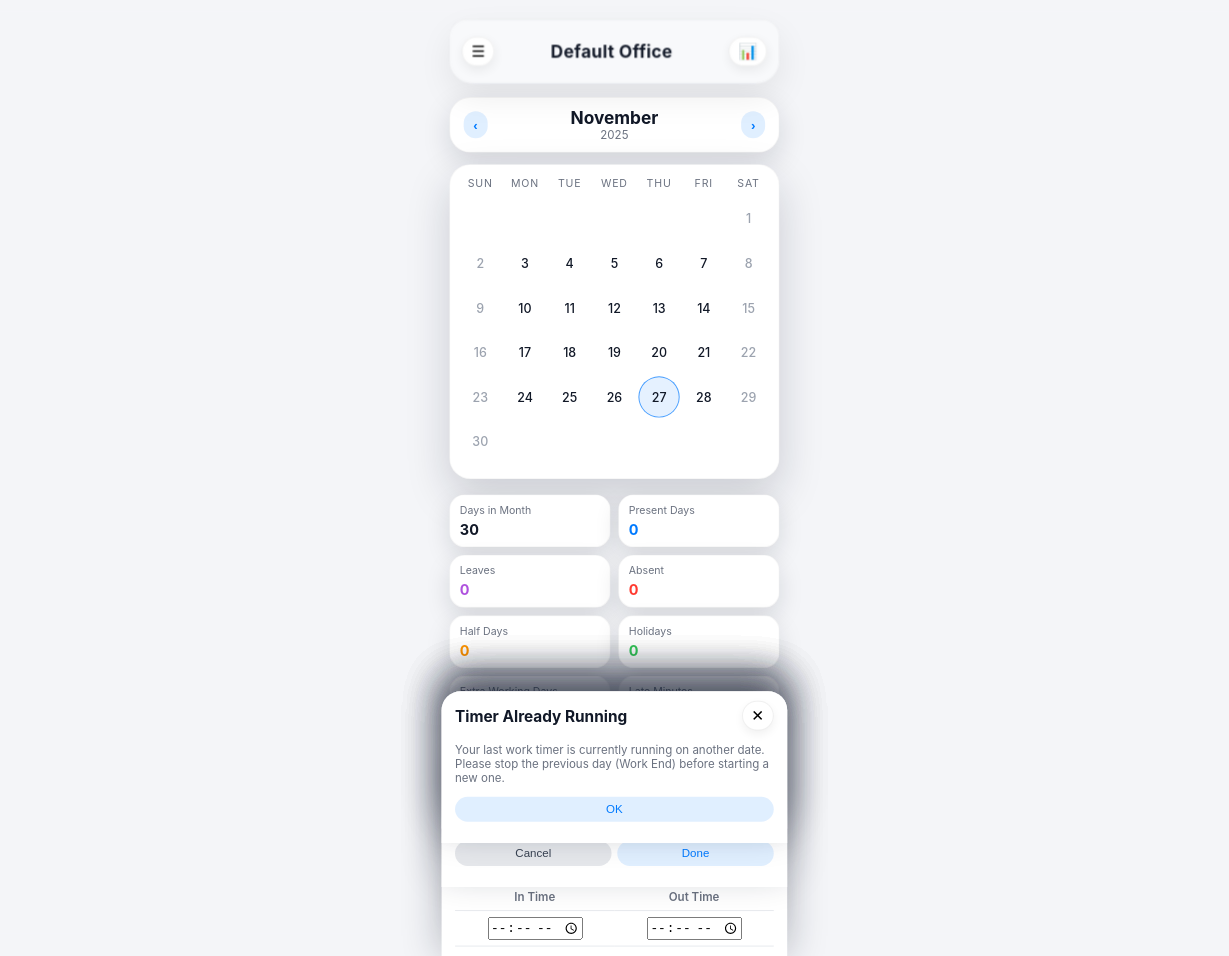
Repository: manjituidesigner/new-calendar
Page: index.html
These files come from the project's save history. The page is drawn as it stood at one moment and after the next save; the edit follows.
The browser window is 1280 px wide. The pictures show the whole page, at 96% of full size.

Above is the page before, as saved 2025-11-28 11:31:01.

### index.html
<!DOCTYPE html>
<html lang="en">
  <head>
    <meta charset="UTF-8" />
    <meta
      name="viewport"
      content="width=device-width, initial-scale=1.0, maximum-scale=1.0"
    />
    <title>Mobile Work Calendar</title>
    <link rel="stylesheet" href="style.css" />
  </head>
  <body>
    <!-- Overlay for drawer and modal -->
    <div class="overlay" id="overlay"></div>

    <!-- Side Drawer -->
    <aside class="drawer" id="drawer">
      <header class="drawer-header">
        <h2>Menu</h2>
        <button class="icon-btn" id="drawerCloseBtn">✕</button>
      </header>

      <nav class="drawer-tabs">
        <button class="drawer-tab active" data-tab="office">Office</button>
        <button class="drawer-tab" data-tab="expenses">Expenses</button>
        <button class="drawer-tab" data-tab="notes">Notes</button>
        <button class="drawer-tab" data-tab="calculator">Calculator</button>
      </nav>

      <section class="drawer-content">
        <!-- Office tab -->
        <div class="drawer-panel active" id="officeTab">
          <h3 class="drawer-title">Calendars</h3>

          <div class="calendar-list" id="calendarList"></div>

          <button class="primary-btn full-width" id="createCalendarToggle">
            + Create New Calendar
          </button>

          <form class="calendar-form" id="calendarForm">
            <div class="field">
              <label>Calendar Name</label>
              <input
                type="text"
                id="calendarName"
                placeholder="e.g. Office Work"
              />
            </div>
            <div class="field">
              <label>Description</label>
              <textarea
                id="calendarDescription"
                rows="2"
                placeholder="Short description"
              ></textarea>
            </div>
            <div class="field-row">
              <div class="field">
                <label>Salary Monthly</label>
                <input
                  type="number"
                  id="salaryMonthly"
                  placeholder="₹ / month"
                  min="0"
                />
              </div>
              <div class="field">
                <label>Salary Hourly</label>
                <input
                  type="number"
                  id="salaryHourly"
                  placeholder="₹ / hour"
                  min="0"
                />
              </div>
            </div>
            <div class="field">
              <label>Working Days / Week</label>
              <select id="workingDaysPerWeek">
                <option value="5">5 days (Mon-Fri)</option>
                <option value="6" selected>6 days (Mon-Sat)</option>
              </select>
            </div>

            <div class="field-row">
              <div class="field">
                <label>Office In Time</label>
                <input
                  type="time"
                  id="officeInTime"
                />
              </div>
              <div class="field">
                <label>Office Out Time</label>
                <input
                  type="time"
                  id="officeOutTime"
                />
              </div>
            </div>
            <div class="field">
              <label>Set PIN (optional)</label>
              <input
                type="password"
                id="calendarPin"
                placeholder="4-6 digit PIN"
                maxlength="6"
              />
            </div>
            <button type="submit" class="primary-btn full-width">
              Add
            </button>
          </form>

          <div class="backup-row">
            <button class="small-btn" id="backupExportBtn">Download Backup</button>
            <button class="small-btn" id="backupImportBtn">Restore Backup</button>
            <input type="file" id="backupFileInput" accept="application/json" style="display: none" />
          </div>
        </div>

        <!-- Placeholder tabs -->
        <div class="drawer-panel" id="expensesTab">
          <p class="placeholder-text">
            Expenses module coming soon.
          </p>
        </div>
        <div class="drawer-panel" id="notesTab">
          <p class="placeholder-text">
            Notes module coming soon.
          </p>
        </div>
        <div class="drawer-panel" id="calculatorTab">
          <p class="placeholder-text">
            Calculator module coming soon.
          </p>
        </div>
      </section>
    </aside>

    <!-- Main App Container -->
    <div class="app-shell">
      <!-- Top header -->
      <header class="app-header">
        <button class="icon-btn" id="menuBtn">☰</button>
        <h1 class="app-title">Office Calendar</h1>
        <button class="icon-btn" id="reportBtn">📊</button>
      </header>

      <!-- Month header -->
      <section class="month-header">
        <button class="nav-arrow" id="prevMonthBtn">‹</button>
        <div class="month-info">
          <span class="month-label" id="monthLabel"></span>
          <span class="year-label" id="yearLabel"></span>
        </div>
        <button class="nav-arrow" id="nextMonthBtn">›</button>
      </section>

      <!-- Calendar -->
      <section class="calendar-card">
        <div class="weekdays">
          <span>Sun</span>
          <span>Mon</span>
          <span>Tue</span>
          <span>Wed</span>
          <span>Thu</span>
          <span>Fri</span>
          <span>Sat</span>
        </div>
        <div class="days-grid" id="daysGrid"></div>
      </section>

      <!-- Live session bar (under calendar) -->
      <div class="session-bar hidden" id="sessionBar">
        <div class="session-bar-main">
          <div class="session-bar-top">
            <span class="session-status" id="sessionStatus">Working</span>
            <span class="session-productivity" id="sessionProductivity">0% productive</span>
          </div>
          <div class="session-bar-times">
            <span id="sessionStartTime">Start: --:--</span>
            <span id="sessionWorked">Worked: 0h 0m</span>
            <span id="sessionBreak">Break: 0m</span>
          </div>
        </div>
        <div class="session-bar-actions">
          <button class="chip orange" id="sessionBreakBtn">Break</button>
          <button class="chip green" id="sessionBackBtn" style="display: none;">Back to work</button>
          <button class="chip red" id="sessionEndBtn">End</button>
        </div>
      </div>

      <!-- Stats cards -->
      <section class="stats-section">
        <div class="stat-card">
          <span class="stat-label">Days in Month</span>
          <span class="stat-value" id="statDaysInMonth">0</span>
        </div>
        <div class="stat-card">
          <span class="stat-label">Present Days</span>
          <span class="stat-value blue" id="statPresent">0</span>
        </div>
        <div class="stat-card">
          <span class="stat-label">Leaves</span>
          <span class="stat-value purple" id="statLeave">0</span>
        </div>
        <div class="stat-card">
          <span class="stat-label">Absent</span>
          <span class="stat-value red" id="statAbsent">0</span>
        </div>
        <div class="stat-card">
          <span class="stat-label">Half Days</span>
          <span class="stat-value orange" id="statHalfDay">0</span>
        </div>
        <div class="stat-card">
          <span class="stat-label">Holidays</span>
          <span class="stat-value green" id="statHoliday">0</span>
        </div>
        <div class="stat-card">
          <span class="stat-label">Extra Working Days</span>
          <span class="stat-value green" id="statExtraDays">0</span>
        </div>
        <div class="stat-card">
          <span class="stat-label">Late Minutes</span>
          <span class="stat-value red" id="statLate">0m</span>
        </div>
        <div class="stat-card">
          <span class="stat-label">Extra Minutes</span>
          <span class="stat-value green" id="statExtra">0m</span>
        </div>
        <div class="stat-card wide">
          <span class="stat-label">Working Hours</span>
          <span class="stat-value" id="statWorkingHours">0h 0m</span>
        </div>
        <div class="stat-card wide">
          <span class="stat-label">Calculated Salary</span>
          <span class="stat-value" id="statSalary">₹0</span>
        </div>
      </section>
    </div>

    <!-- Date Modal -->
    <div class="modal" id="dateModal">
      <div class="modal-content">
        <header class="modal-header">
          <div>
            <div class="modal-title" id="modalDateLabel">Date</div>
            <div class="modal-subtitle" id="modalCalendarName"></div>
          </div>
          <button class="icon-btn" id="modalCloseBtn">✕</button>
        </header>

        <section class="modal-section">
          <div class="chip-row">
            <button class="chip secondary" data-action="workStart">
              Work Start
            </button>
            <button class="chip secondary" data-action="workEnd">
              Work End
            </button>
          </div>

          <div class="chip-row">
            <button class="chip primary" data-action="present">
              Present
            </button>
            <button class="chip red" data-action="absent">
              Absent
            </button>
          </div>

          <div class="chip-row">
            <button class="chip orange" data-action="halfDay">
              Half Day
            </button>
            <button class="chip green" data-action="holiday">
              Holiday
            </button>
          </div>

          <div class="chip-row">
            <button class="chip purple" data-action="leave">
              Leave
            </button>
          </div>
        </section>

        <section class="modal-section">
          <h4 class="section-title">Today’s Timing</h4>
          <table class="timing-table">
            <thead>
              <tr>
                <th>In Time</th>
                <th>Out Time</th>
              </tr>
            </thead>
            <tbody>
              <tr>
                <td>
                  <input type="time" id="inTimeCell" />
                </td>
                <td>
                  <input type="time" id="outTimeCell" />
                </td>
              </tr>
            </tbody>
          </table>
          <div style="text-align: center; margin-top: 8px;">
            <button
              id="saveTimeBtn"
              class="ios-save-btn full-width"
              style="display: none;"
            >
              Save Time
            </button>
          </div>
        </section>
      </div>
    </div>

    <!-- Break modal -->
    <div class="modal" id="breakModal">
      <div class="modal-content">
        <header class="modal-header">
          <div>
            <div class="modal-title">Break</div>
            <div class="modal-subtitle" id="breakModalCalendarName"></div>
          </div>
          <button class="icon-btn" id="breakModalCloseBtn">✕</button>
        </header>

        <section class="modal-section">
          <p class="placeholder-text">
            You are going on a break. When you return, tap “Back to work”
            in the bar to resume.
          </p>
          <div class="field">
            <label>Break reason (optional)</label>
            <textarea
              id="breakReasonInput"
              rows="2"
              placeholder="e.g. Lunch, Meeting, Personal"
            ></textarea>
          </div>
          <div class="chip-row">
            <button class="chip secondary" id="breakCancelBtn">Cancel</button>
            <button class="chip primary" id="breakDoneBtn">Done</button>
          </div>
        </section>
      </div>
    </div>

    <!-- PIN Modal -->
    <div class="modal center-modal" id="pinModal">
      <div class="modal-content">
        <header class="modal-header">
            <div class="modal-title">Unlock Calendar</div>
            <div class="modal-subtitle" id="pinCalendarName"></div>
          </div>
          <button class="icon-btn" id="pinModalCloseBtn">✕</button>
        </header>

        <section class="modal-section">
          <div class="field">
            <label>Enter PIN</label>
            <input
              type="password"
              id="pinInput"
              maxlength="6"
              inputmode="numeric"
            />
          </div>
          <div class="chip-row">
            <button class="chip primary" id="pinUnlockBtn">Unlock</button>
            <button class="chip secondary" id="pinCancelBtn">Cancel</button>
          </div>
        </section>
      </div>
    </div>

    <!-- Delete Calendar Modal -->
    <div class="modal" id="deleteModal">
      <div class="modal-content">
        <header class="modal-header">
          <div>
            <div class="modal-title">Delete Calendar</div>
            <div class="modal-subtitle" id="deleteCalendarName"></div>
          </div>
          <button class="icon-btn" id="deleteModalCloseBtn">✕</button>
        </header>

        <section class="modal-section">
          <p class="placeholder-text" id="deleteWarningText">
            Are you sure you want to delete this calendar? This action cannot be undone.
          </p>
          <div class="chip-row">
            <button class="chip secondary" id="deleteCancelBtn">Cancel</button>
            <button class="chip red " id="deleteConfirmBtn">Delete</button>
          </div>
        </section>
      </div>
    </div>

    <!-- Running timer warning modal -->
    <div class="modal" id="runningModal">
      <div class="modal-content">
        <header class="modal-header">
          <div>
            <div class="modal-title">Timer Already Running</div>
            <div class="modal-subtitle" id="runningModalCalendarName"></div>
          </div>
          <button class="icon-btn" id="runningModalCloseBtn">✕</button>
        </header>

        <section class="modal-section">
          <p class="placeholder-text">
            Your last work timer is currently running on another date.
            Please stop the previous day (Work End) before starting a new one.
          </p>
          <div class="chip-row">
            <button class="chip primary" id="runningOkBtn">OK</button>
          </div>
        </section>
      </div>
    </div>

    <script src="script.js"></script>
  </body>
</html>

Loaded but not shown: script.js (1457 lines, source omitted); style.css (846 lines, source omitted)

After the next save:
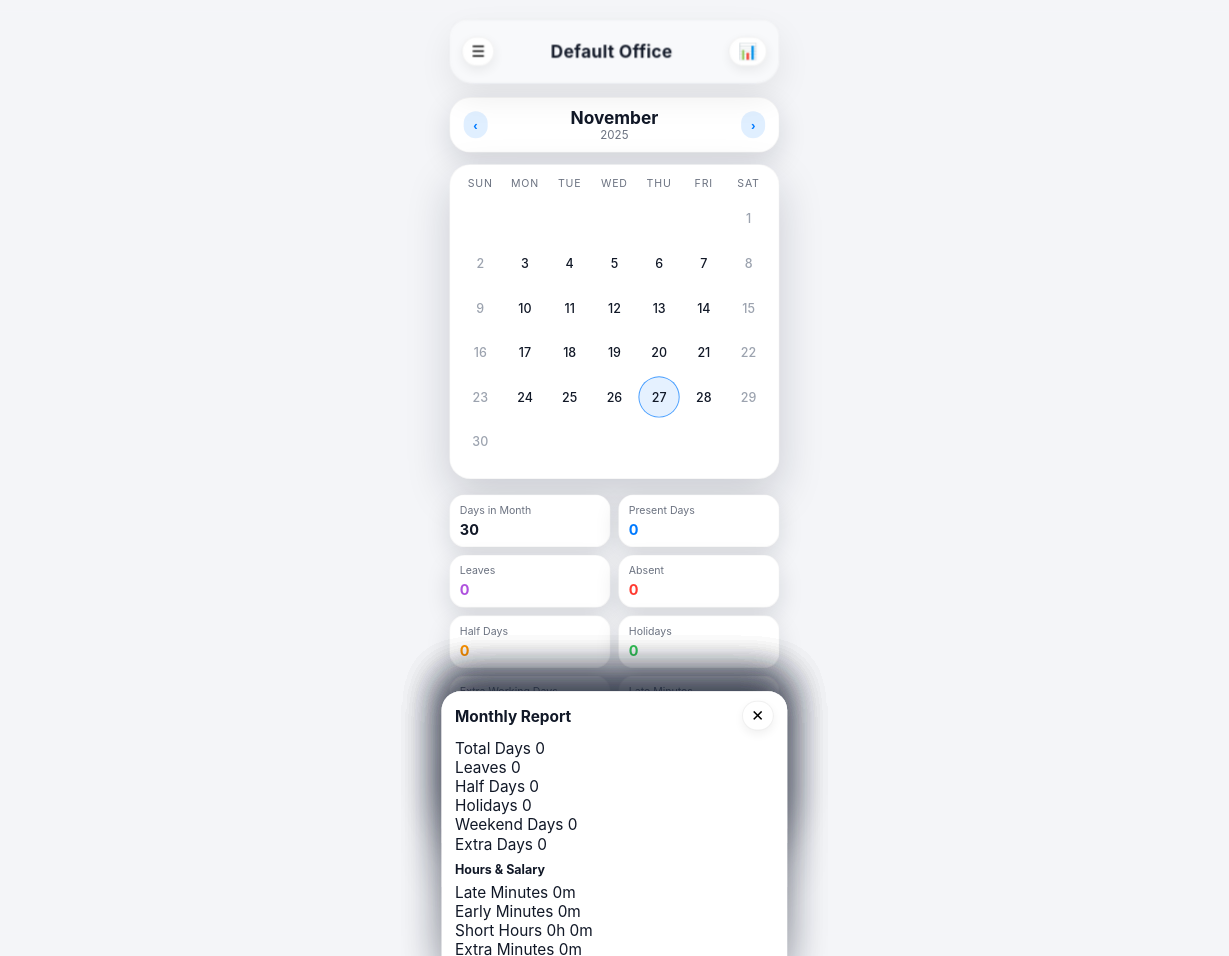
Saved 5 h 22 min later.
--- a/index.html
+++ b/index.html
@@ -426,6 +426,109 @@
       </div>
     </div>
 
+    <!-- Monthly Report Modal -->
+    <div class="modal" id="reportModal">
+      <div class="modal-content report-modal-content">
+        <header class="modal-header report-modal-header">
+          <div>
+            <div class="modal-title" id="reportMonthTitle">Monthly Report</div>
+            <div class="modal-subtitle" id="reportMonthSubtitle"></div>
+          </div>
+          <button class="icon-btn" id="reportCloseBtn">✕</button>
+        </header>
+
+        <section class="modal-section">
+          <div class="report-summary-grid">
+            <div class="report-pill primary">
+              <span class="pill-label">Total Days</span>
+              <span class="pill-value" id="repTotalDays">0</span>
+            </div>
+            <div class="report-pill purple">
+              <span class="pill-label">Leaves</span>
+              <span class="pill-value" id="repLeaves">0</span>
+            </div>
+            <div class="report-pill orange">
+              <span class="pill-label">Half Days</span>
+              <span class="pill-value" id="repHalfDays">0</span>
+            </div>
+            <div class="report-pill green">
+              <span class="pill-label">Holidays</span>
+              <span class="pill-value" id="repHolidays">0</span>
+            </div>
+            <div class="report-pill blue">
+              <span class="pill-label">Weekend Days</span>
+              <span class="pill-value" id="repWeekendDays">0</span>
+            </div>
+            <div class="report-pill teal">
+              <span class="pill-label">Extra Days</span>
+              <span class="pill-value" id="repExtraDays">0</span>
+            </div>
+          </div>
+        </section>
+
+        <section class="modal-section">
+          <h4 class="section-title">Hours & Salary</h4>
+          <div class="report-summary-grid">
+            <div class="report-pill red">
+              <span class="pill-label">Late Minutes</span>
+              <span class="pill-value" id="repLateMinutes">0m</span>
+            </div>
+            <div class="report-pill yellow">
+              <span class="pill-label">Early Minutes</span>
+              <span class="pill-value" id="repEarlyMinutes">0m</span>
+            </div>
+            <div class="report-pill orange-soft">
+              <span class="pill-label">Short Hours</span>
+              <span class="pill-value" id="repShortHours">0h 0m</span>
+            </div>
+            <div class="report-pill green-soft">
+              <span class="pill-label">Extra Minutes</span>
+              <span class="pill-value" id="repExtraMinutes">0m</span>
+            </div>
+            <div class="report-pill salary-main">
+              <span class="pill-label">Total Monthly Salary</span>
+              <span class="pill-value" id="repTotalSalary">₹0</span>
+            </div>
+            <div class="report-pill salary-deduct">
+              <span class="pill-label">Total Deduction</span>
+              <span class="pill-value" id="repSalaryDeduction">₹0</span>
+            </div>
+            <div class="report-pill salary-final">
+              <span class="pill-label">Final Salary</span>
+              <span class="pill-value" id="repFinalSalary">₹0</span>
+            </div>
+            <div class="report-pill productivity-pill">
+              <span class="pill-label">Month Productivity</span>
+              <span class="pill-value" id="repProductivity">0%</span>
+            </div>
+          </div>
+        </section>
+
+        <section class="modal-section">
+          <h4 class="section-title">Date wise details</h4>
+          <div class="report-table-wrapper">
+            <table class="report-table">
+              <thead>
+                <tr>
+                  <th>Date</th>
+                  <th>Day</th>
+                  <th>Status</th>
+                  <th>In</th>
+                  <th>Out</th>
+                  <th>Break</th>
+                  <th>Worked</th>
+                  <th>Late</th>
+                  <th>Early</th>
+                  <th>Short</th>
+                </tr>
+              </thead>
+              <tbody id="reportTableBody"></tbody>
+            </table>
+          </div>
+        </section>
+      </div>
+    </div>
+
     <script src="script.js"></script>
   </body>
 </html>
